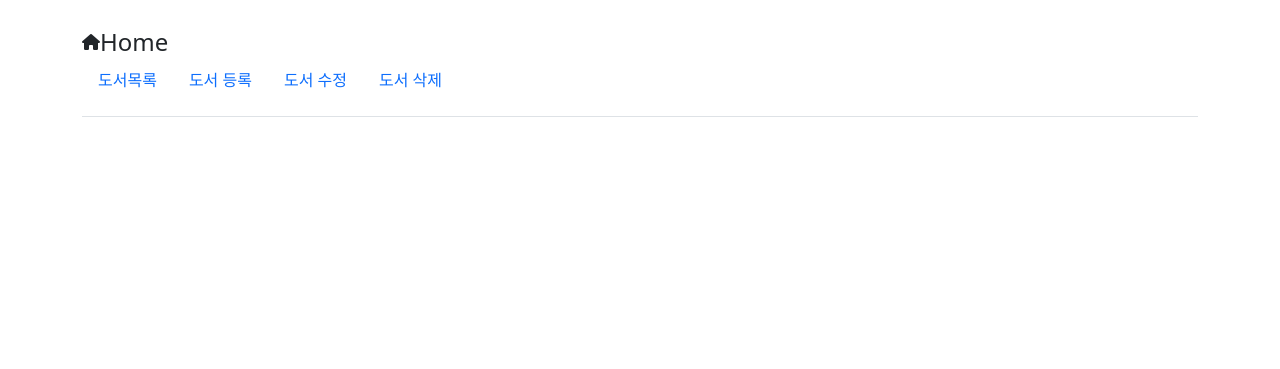
Repository: byeolchorong/ITedunet
Page: http://localhost/BookMarket/thankCustomer.jsp
The author's editor kept a copy of each file at every save. The page is drawn from the files as they stood at one save, then again after the next save.
The browser window is 1280 px wide. The pictures show the whole page.
Some web libraries are served in a nearby version. The page is served by Tomcat 10. Nobody is signed in. The application's start-up code is not run.

Above is the page before, as saved 2025-06-02 03:36:22.

After the next save:
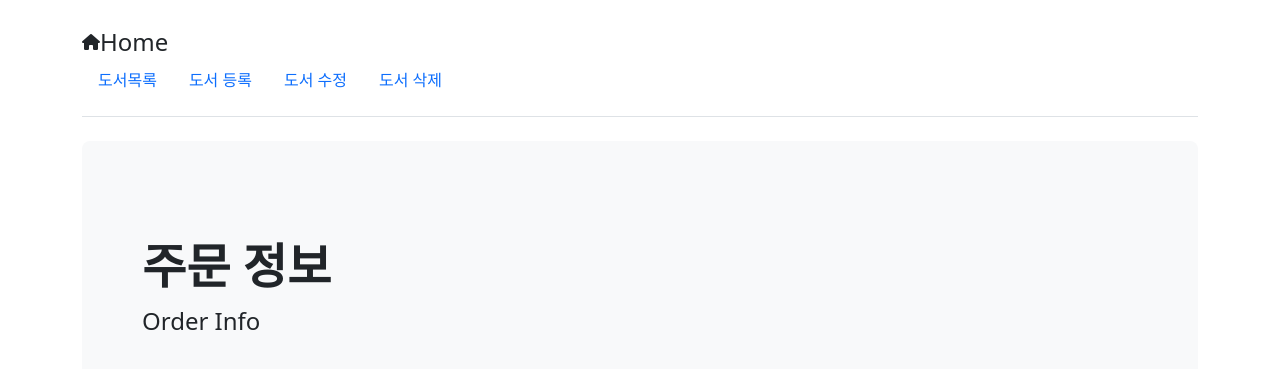
Saved 15 s later.
--- a/JSP/BookMarket/src/main/webapp/thankCustomer.jsp
+++ b/JSP/BookMarket/src/main/webapp/thankCustomer.jsp
@@ -36,6 +36,13 @@
 
 <div class="container py-4">
 	<%@ include file="menu.jsp" %>
+
+	<div class="p-5 mb-4 bg-body-tertiary rounded-3">
+		<div class="container-fluid py-5">
+			<h1 class="display-5 fw-bold">주문 정보</h1>
+			<p class="col-md-8 fs-4">Order Info</p>
+		</div>
+	</div>
 </div>
 </body>
 </html>
